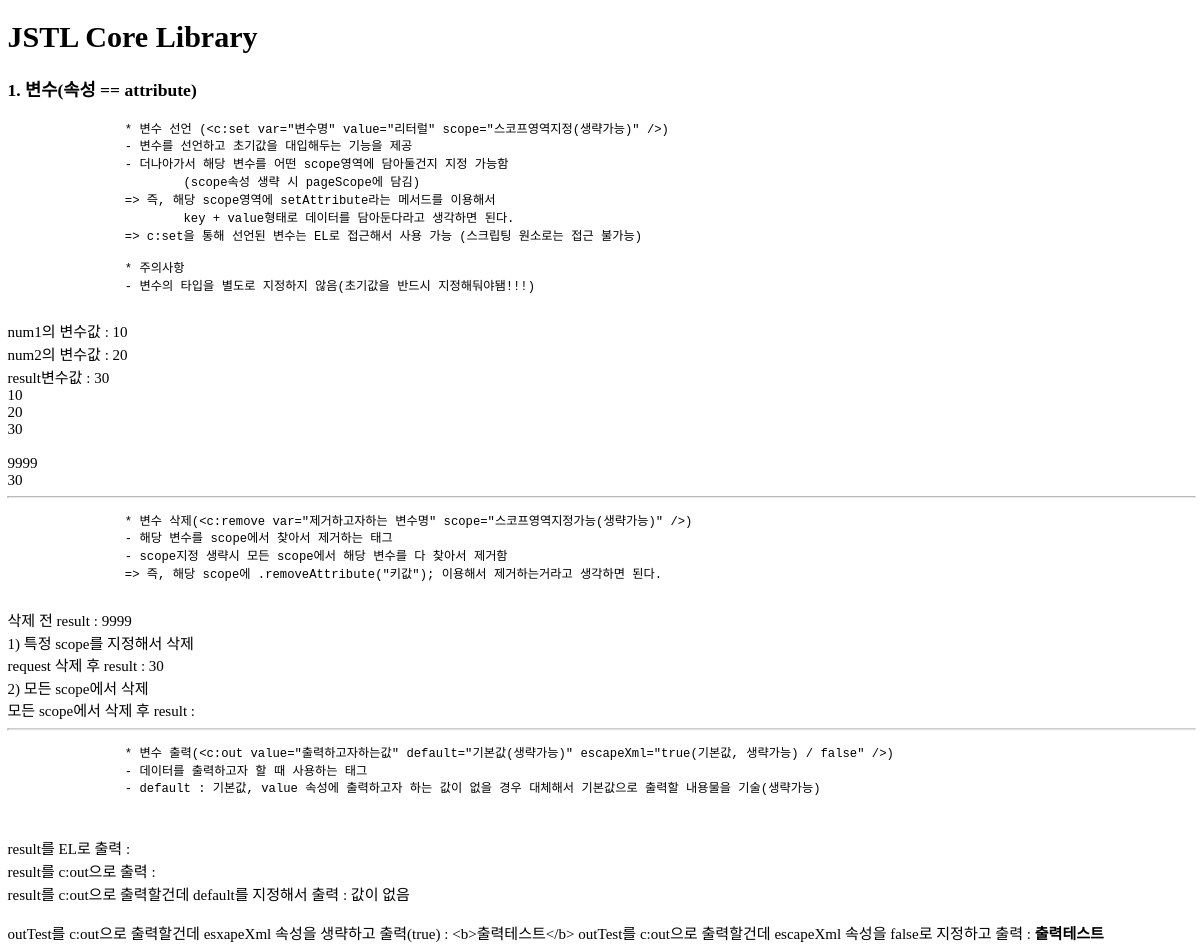
Repository: DonghwanSon1/ajax-jsp-study
Page: http://localhost/ActionProject/views/3_CustomAction/01_core.jsp
An editor plug-in stored every save of this project. The page is shown before and after the next save, followed by the edit.
The browser window is 1280 px wide. The pictures show the whole page, at 94% of full size.
The page is served by Tomcat 9.

Above is the page before, as saved 2022-07-12 07:07:52.

After the next save:
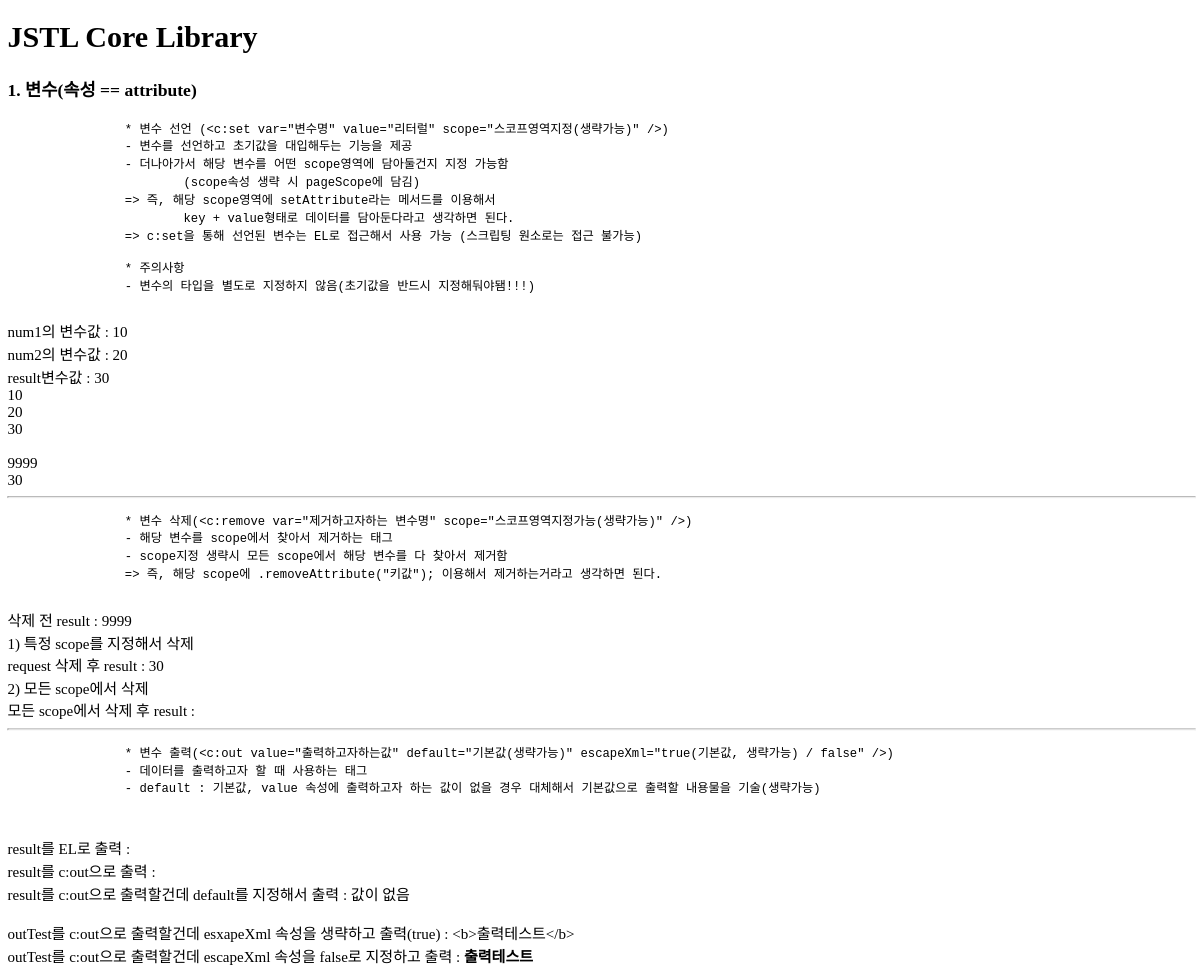
Saved 20 s later.
--- a/ActionProject/WebContent/views/3_CustomAction/01_core.jsp
+++ b/ActionProject/WebContent/views/3_CustomAction/01_core.jsp
@@ -88,7 +88,7 @@
 	<!-- 테스트하기 위한 변수 선언 -->
 	<c:set var="outTest" value="<b>출력테스트</b>" />
 
-	outTest를 c:out으로 출력할건데 esxapeXml 속성을 생략하고 출력(true) : <c:out value="${ outTest }"/>
+	outTest를 c:out으로 출력할건데 esxapeXml 속성을 생략하고 출력(true) : <c:out value="${ outTest }"/> <br>
 	outTest를 c:out으로 출력할건데 escapeXml 속성을 false로 지정하고 출력 : <c:out value="${ outTest }" escapeXml="false" />
 
 
